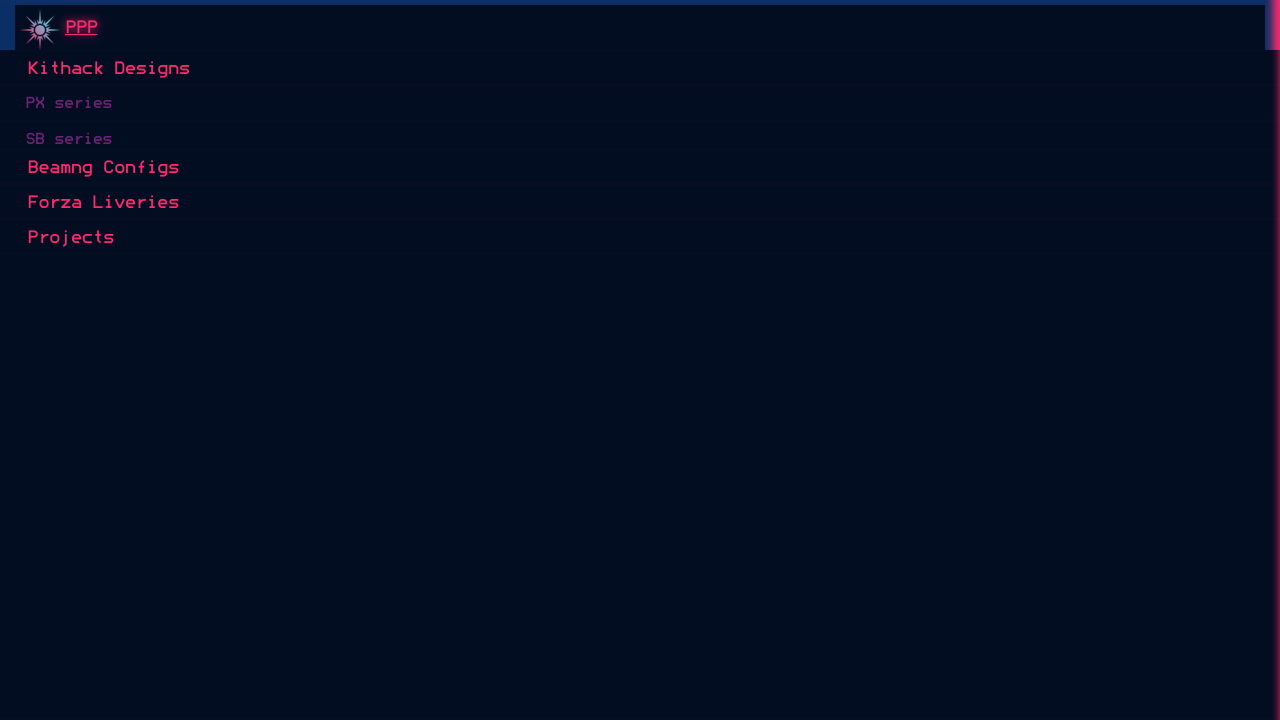
Repository: Pamishly/PamishlysPlayPlace
Page: navbar.html
The author's editor kept a copy of each file at every save. The page is drawn from the files as they stood at one save, then again after the next save.
The browser window is 1280 px wide. The pictures show the whole page.
The pointer rests on the first visible `.sitename p`.

Above is the page before, as saved 2024-09-11 21:21:10.

### navbar.html

<ul>
    <input type="radio" name="menu" id="ppp">
    <li class="sitename">
        <a href="./homepage.html"  target="_top"><label for="edit" class="title"><i class="fa fa-ppp"></i><img src="./logo.png"><p>PPP</p></label></a>
    </li>
    <input type="radio" name="menu" id="kithack" checked>
    <li>
        <label for="kithack" class="title"><i class="fa fa-kithack"></i>Kithack Designs</label>
        <a  class="sidebutton" href="./KitHackHTML/PXseries.html" target="_top">PX series</a>
        <a  class="sidebutton" href="./KitHackHTML/SBseries.html" target="_top">SB series</a>
    </li>
    <input type="radio" name="menu" id="beamng">
    <li>
        <label for="beamng" class="title"><i class="fa fa-beamng" target="_top"></i>Beamng Configs</label>
        <a class="sidebutton" href="./BeamngHTML/dune-builds.html" target="_top">Dune Builds</a>
        <a class="sidebutton" href="./BeamngHTML/street-builds.html" target="_top">Street Builds</a>
        <a class="sidebutton" href="./BeamngHTML/derby-builds.html" target="_top">Derby Builds</a>
        <a class="sidebutton" href="./BeamngHTML/speed-builds.html" target="_top">Top Speed Builds</a>
    </li>
    <input type="radio" name="menu" id="preferences">
    <li>
        <label for="preferences" class="title"><i class="fa fa-gears"></i>Forza Liveries</label>
        <a class="sidebutton" href="./ForzaHTML/Horizon5.html" target="_top">Horizon 5</a>
    </li>
    <input type="radio" name="menu" id="projects">
    <li>
        <label for="projects" class="title"><i class="fa fa-projects"></i>Projects</label>
        <a class="sidebutton" href="./ProjectsHTML/PiProjects.html" target="_top">Pi Projects</a>
    </li>
</ul>

<link rel="stylesheet" href="main.css">

### main.css
* {
	margin: 0;
	padding: 0;
	box-sizing: border-box;
}
body {
	font-family: Headers;
    background-color: #030D22;
    box-shadow: inset -8px 0 8px -8px #ff2a6d;
}
@font-face {
	font-family: Headers;
	src: url("Modenine-2OPd.ttf");
	font-weight: bold;
}
.container {
	width: 100%;
	height: 100%;
}
nav {
	position: fixed;
	display: flex;
	align-items: flex-start;
	width: 12%;
	height: 100%;
	background-color: #111;
}
main {
	position: fixed;
	right: 0;
	width: 88.1%;
	height: 100%;
	background: url("Background.png");
	overflow: auto;
	padding: 40px;
    color: cyan;
}
h1 {
	font-weight: bold;
	margin-bottom: 50px;
	font-size: 55px;
	text-align: center;
    color: cyan;
}
p {
	margin-bottom: 20px;
	line-height: 26px;
    font-size: 24px;
    text-align: center;
    color: cyan;
}
li, ul label.title, ul, a {
	width: 100%;
	color: #ff2a6d;
	font-family: Headers;
	display: block;
	font-weight: bold;
}
ul label {
	height: 35px;
    box-shadow: inset -8px 0 8px -8px #ff2a6d;
}
ul li{
	height: 35px;
	overflow: hidden;
	transition: all .3s;
}
li {
	display: block;
	background:#030D22;
}
label.title {
    text-align: left;
	font-size: 18px;
	background:#030D22;
	padding: 10px 15px;
	cursor: pointer;
    transition: all .25s;
    overflow: hidden;
}
.sidebutton{
	font-size: 16px;
	text-decoration: none;
	color: #722276;
	display: block;
	padding: 10px 25px;
	transition: all .25s;
    box-shadow: inset -8px 0 8px -8px #ff2a6d;
	font-family: Headers;
}
.sidebutton:hover {
    box-shadow: inset -15px 0 8px -8px #ff2a6d;
	text-shadow: 0px 0px 10px #ff2a6d;
	background: #0A2F66;
	color: #FF23BC;
}
label:hover {
	text-shadow: 0px 0px 10px #ff2a6d;
	background: #0A2F66;
    box-shadow: inset -15px 0 8px -8px #ff2a6d;
}
input[type="radio"] {
	display: none;
}
.sitename{
	height:50px;
}
.sitename label {
	height: 50px;
	padding: 5px 15px;
}
.sitename img{
	float:left;
	padding: 0px 0px;
}
.sitename p{
	text-align: left;
	font-size: 18px;
	background:#030D22;
	padding: 10px 15px;
	cursor: pointer;
    transition: all .25s;
	width: 100%;
	color: #ff2a6d;
	font-family: Headers;
	display: block;
	font-weight: bold;
}
#ppp:checked + li {
	height: 0px;
}
#preferences:checked + li {
    height: 67px;
}
#beamng:checked + li {
    height: 163px;
}
#kithack:checked + li {
    height: 99px;
}
#projects:checked + li {
    height: 67px;
}
i {
	margin-right: 12px;
}
@media screen and (max-width: 600px){
	nav {
		width: 100%;
		position: relative;
	}
	main {
		width: 100%;
		position: relative;
	}
}
.card{
    position: relative;
    display: flex;
    flex-flow: column nowrap;
    width: 350px;
    height: 550px;
    border: solid cyan;
    text-align: center;
    margin: 15px;
	text-decoration: none;
	font-weight: unset;
	font-family: monospace;
	color: cyan;
}
.cardcontainer{
    display: flex;
    flex-flow: row wrap;
    align-content: space-around;
    justify-content: center;
    width:75%;
    margin-left: 12.5%;
}
.card img{
    width: auto;
    align-content: flex-start;
    justify-content: center;
}
.card p{
    padding: 15px;
    align-content: center;
    justify-content: center;
	margin-bottom: 20px;
	line-height: 26px;
    font-size: 24px;
    text-align: center;
    color: cyan;
}
.card:hover{
	background:#00aeff2c;
}
.card > h3{
	font-size: 24px;
	font-family: Headers;
}
iframe{
	width:100%;
	height:100%;
}
iframe[seamless]{
    background-color: transparent;
    border: 0px none transparent;
    padding: 0px;
    overflow: hidden;
}
.dwn-button{
	position: relative;
    display: flex;
    flex-flow: column nowrap;
    width: 150px;
    height: 70px;
    border: solid cyan;
    text-align: center;
    margin: 15px;
	font-weight: unset;
	font-family: monospace;
	color: cyan;
    left: 50%;
    transform: translate(-61%,100%);
}
.dwn-button:hover {
    background: darkcyan;
}
.dwn-button p{
	padding-top: 15px;
}
.information{
	display: flex;
	flex-flow: column nowrap;
}
.information p {
	margin-bottom: 20px;
	line-height: 26px;
    font-size: 24px;
	justify-content: center;
    color: cyan;
}
.information img {
	width: 600px;
	border: cyan 5px solid;
	align-self: center;
}
.information h1 {
	justify-content: center;
}
.main {
    -ms-overflow-style: none;  /* Internet Explorer 10+ */
    scrollbar-width: none;  /* Firefox */
}
.main::-webkit-scrollbar {
    display: none;  /* Safari and Chrome */
}

After the next save:
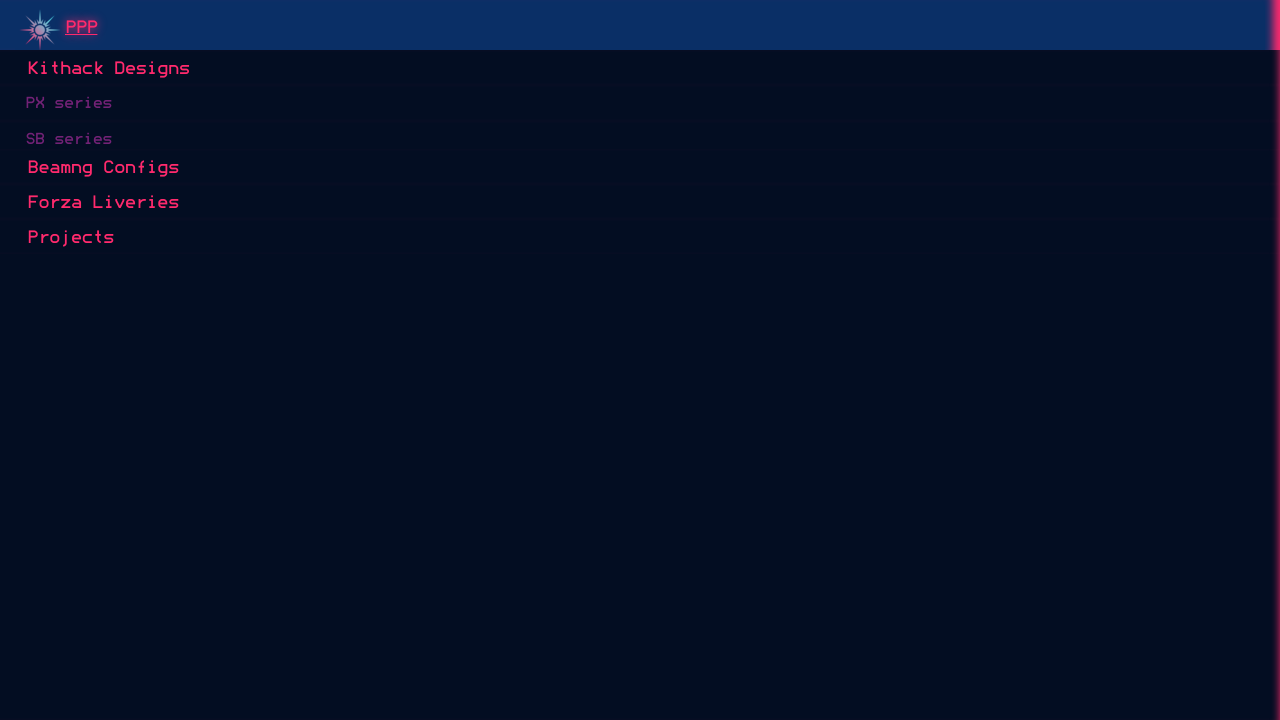
Saved 69 s later.
--- a/main.css
+++ b/main.css
@@ -126,6 +126,9 @@
 	display: block;
 	font-weight: bold;
 }
+.sitename p:hover{
+	background: #0A2F66;
+}
 #ppp:checked + li {
 	height: 0px;
 }
